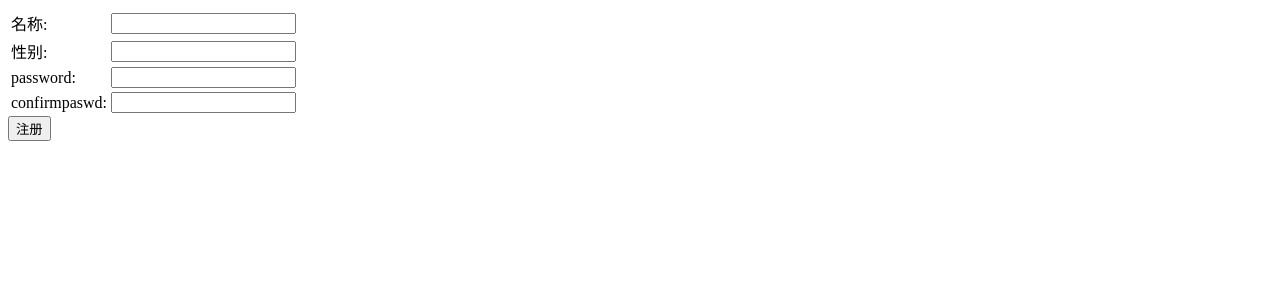
Repository: suxiaohutot/PHP
Page: http://localhost/zhuce.php
The author's editor kept a copy of each file at every save. The page is drawn from the files as they stood at one save, then again after the next save.
The browser window is 1280 px wide. The pictures show the whole page.
The page is run by PHP 8.4 with error messages shown; the project is at /var/www/html/.

Above is the page before, as saved 2019-10-22 10:45:23.

After the next save:
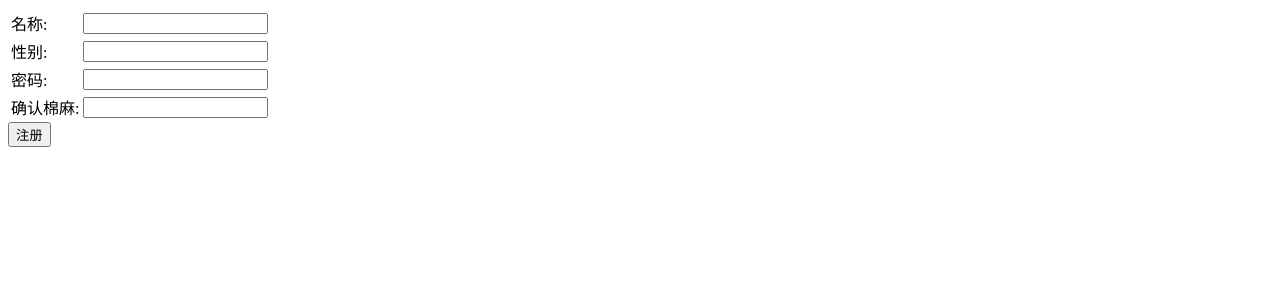
Saved 6 s later.
--- a/test/zhuce.php
+++ b/test/zhuce.php
@@ -9,11 +9,11 @@
     	<td><input type="text" name="sex"></td>
     </tr>
     <tr>
-    	<td>password:</td>
+    	<td>密码:</td>
     	<td><input type="text" name="password"></td>
     </tr>
     <tr>
-    	<td>confirmpaswd:</td>
+    	<td>确认棉麻:</td>
     	<td><input type="text" name="confirmpaswd"></td>
     </tr>
 </table>
